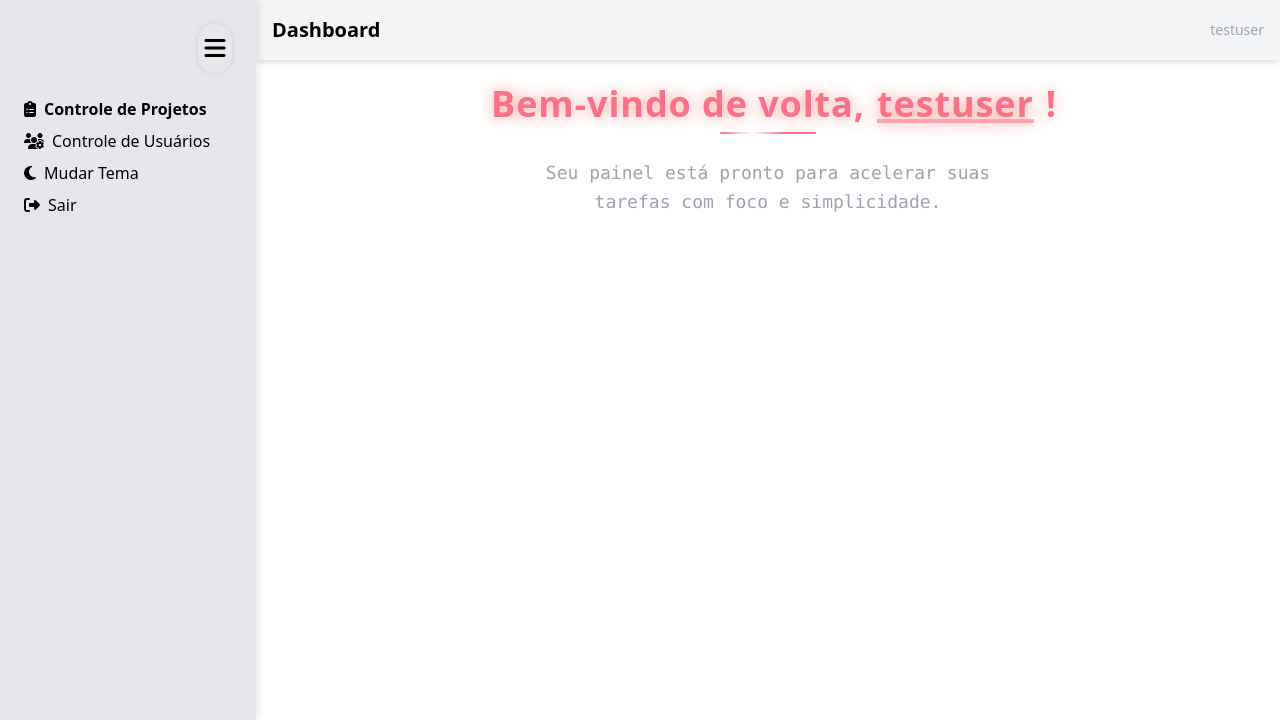
Repository: joaogabrielmonte/organizador
Page: http://localhost/controllers/dashboard.php
These files come from the project's save history. The page is drawn as it stood at one moment and after the next save; the edit follows.
The browser window is 1280 px wide. The pictures show the whole page.
Some web libraries are served in a nearby version. The page is run by PHP 8.4 with error messages shown; the project is at /var/www/html/. The session is filled in as if someone had signed in: {"usuario": "testuser", "tema": 1}.

Above is the page before, as saved 2025-06-26 14:33:44.

After the next save:
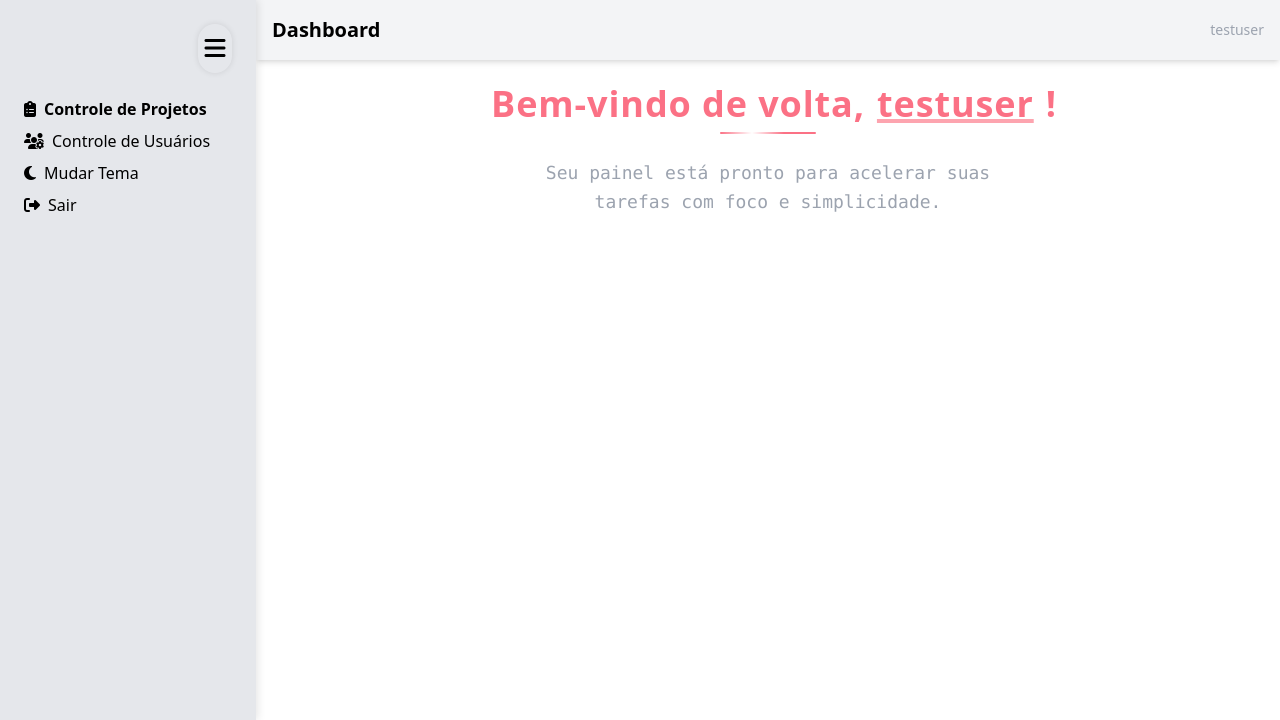
Saved 78 s later.
--- a/views/dashboard.php
+++ b/views/dashboard.php
@@ -177,7 +177,7 @@
     </header>
 
     <main class="p-6 max-w-4xl mx-auto flex flex-col items-center text-center">
-      <h2 class="text-3xl md:text-4xl font-extrabold mb-2 tracking-wide text-rose-400 drop-shadow-[0_0_8px_rgba(248,113,113,0.7)] flex items-center gap-3">
+      <h2 class="text-3xl md:text-4xl font-extrabold mb-2 tracking-wide text-rose-400 drop-shadow-[#FB7185] flex items-center gap-3">
         <i class="fas fa-hand-wave animate-pulse"></i>
         Bem-vindo de volta, <span class="underline decoration-rose-300 decoration-4"><?= htmlspecialchars($usuario) ?></span>!
       </h2>
